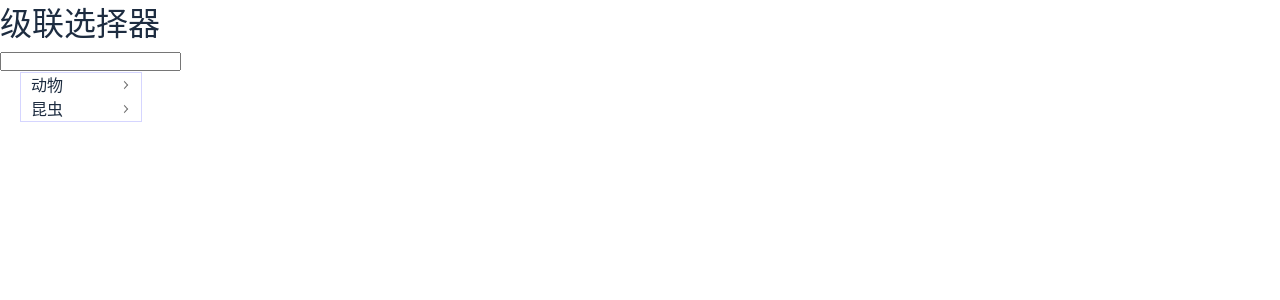
Repository: huming3272/Smile-UI
Page: /
An editor plug-in stored every save of this project. The page is shown before and after the next save, followed by the edit.
The browser window is 1280 px wide. The pictures show the whole page.
The project was rebuilt for these pictures with package versions that can differ from the ones it lists, and the page was loaded fresh each time. Also part of the build but not shown: src/lib/gulu.scss, src/lib/svg.js, src/components/Topnav.vue, src/views/Home.vue, src/lib/Breadcrumb.vue, src/views/Doc.vue, src/lib/Switch.vue, src/components/Switch/Switch1.demo.vue and 18 more. Imported but missing from the stored project, and not drawn on this page: src/lib/Tabs.vue, src/lib/openDialog.

Above is the page before, as saved 2022-06-05 18:19:35.

### index.html
<!DOCTYPE html>
<html lang="en">
<head>
  <meta charset="UTF-8">
  <link rel="icon" href="/favicon.ico" />
  <meta name="viewport" content="width=device-width, initial-scale=1.0">
  <title>Vite App</title>
  <!-- <script src="//at.alicdn.com/t/font_3242938_9kpz3740e2n.js"></script> -->
</head>
<body>
  <div id="app"></div>
  <script type="module" src="/src/main.ts"></script>
</body>
</html>

### src/main.ts
import "./lib/gulu.scss";
import "./lib/svg.js";
import "./index.scss";
import { createApp } from 'vue';
import App from './App.vue';
import router from './router/index';
import 'github-markdown-css'

const app = createApp(App)
app.use(router)
app.mount('#app')

### src/index.scss
* {
  margin: 0;
  padding: 0;
  box-sizing: border-box;
}
ul,
ol {
  list-style: none;
}
a {
  text-decoration: none;
  color: inherit;
  border-bottom: 1px solid transparent;
  &:hover {
    border-bottom: 1px solid;
    text-decoration: underline;
    cursor: pointer;
  }
}
h1,h2,h3,h4,h5,h6{
  font-weight: normal;
}
body{
  font-size: 16px;
  font-family: -apple-system, "Noto Sans",
  "Helvetica Neue",
  Helvetica, "Nimbus Sans L", Arial,
  "Liberation Sans",
  "PingFang SC",
  "Hiragino Sans GB",
  "Noto Sans CJK SC",
  "Source Han Sans SC",
  "Source Han Sans CN",
  "Microsoft YaHei",
  "Wenquanyi Micro Hei",
  "WenQuanYi Zen Hei",
  "ST Heiti",
  SimHei,
   "WenQuanYi Zen Hei Sharp",
  sans-serif;
  line-height: 1.5;
  color: #1d2c40;
}
.icon {
  width: 1em; height: 1em;
  vertical-align: -0.15em;
  fill: currentColor;
  overflow: hidden;
}

### src/App.vue
<template>
  <router-view class="window"/>
</template>

<script lang='ts'>
import {ref,provide} from 'vue'
import router from './router/index'
export default {
  name: 'App',

  setup(){
    const width = document.documentElement.clientWidth;
    //获取窗口宽度
    const menuVisible = ref(width <= 500 ? false : true);
    const toggleAside = ref(false)


    //检测窗口宽度
    //定义初值，类似vue2的data

    provide('menuVisible',menuVisible)//set
    //provide提供menuVisible给全局
    provide('toggleAside',toggleAside)
    // const currentPath = route.matched[route.matched.length-1].path
    // const breadcrumbList = currentPath.split('/')
  },


}
</script>
<style lang="scss">
  *{
    padding: 0;
    margin: 0;
    list-style: none;
  }
  .window{
    height: 100vh;
    overflow-y:scroll;
  }
</style>

### src/router/index.ts
import { createWebHashHistory, createRouter } from 'vue-router'
import Home from '../views/Home.vue'
import Doc from '../views/Doc.vue'
import Switch from '../components/Switch/SwitchDemo.vue'
import Button from '../components/Button/ButtonDemo.vue'
import Dialog from '../components/Dialog/DialogDemo.vue'
import Tabs from '../components/Tabs/TabsDemo.vue'
import DocDemo from '../components/DocDemo.vue'
import Breadcrumb from '../components/Breadcrumb/BreadcrumbDemo.vue'
import Cascader from '../lib/Cascader.vue'

import Intro from '../views/Intro.vue';
import GetStarted from '../views/GetStarted.vue'
import Install from '../views/Install.vue'
import Text from '../lib/text.vue'
import notFound from '../views/notFound.vue'

import { h } from 'vue';
import Markdown from '../components/Markdown.vue';
const md = (filename) => { return h(Markdown, { path: `../markdown/${filename}.md`, key: filename }) }
//  必须加上不同的key，不然切换组件后，渲染会失败
const history = createWebHashHistory()
// hash型路由
const router = createRouter(
    // 创建路由器
    {
        history: history,
        routes: [
            {
                path: '/',
                meta: {
                    title: '级联选择器'
                },
                 component: Cascader,
            },
            {
                path: '/',
                meta: {
                    title: '首页'
                },
                 component: Home,
            },
            {
                path: '/doc', component: Doc,
                meta: {
                            title: '文档'
                        },
                children: [
                    {
                        path: '', component: DocDemo,
                    },
                    {
                        path: 'switch', component: Switch,
                        meta: {
                            title: '开关'
                        }
                    },
                    {
                        path: 'button', component: Button,
                        meta: {
                            title: '按钮'
                        }
                    },
                    {
                        path: 'dialog', component: Dialog,
                        meta: {
                            title: '对话框'
                        }
                    },
                    {
                        path: 'tabs', component: Tabs,
                        meta: {
                            title: '选项卡'
                        }
                    },
                    {
                        path: 'breadcrumb', component: Breadcrumb,
                        meta: {
                            title: '面包屑'
                        }
                    },
                    {
                        path: "intro", component: md('intro'),
                        meta: {
                            title: '介绍'
                        }
                    },
                    {
                        path: "get-started", component: md('get-started'),
                        meta: {
                            title: '开始'
                        }
                    },
                    {
                        path: "install", component: md('install'),
                        meta: {
                            title: '安装'
                        }
                    },
                ]
            },
            {
                path: "/404",
                name: 'notFound',
                component: notFound
            },
            {
                path: '/:pathMatch(.*)',redirect: '/404',
                //  catchAll
                // 配置任意未知页面404未找到
                meta:{
                    title: '404'
                }
            }
        ]
    }
)


export default router

### src/lib/Cascader.vue
<template>
  <div class="cascader">
    <h1>级联选择器</h1>
    <input
      type="text"
      @focus="handleClick('focus')"
      @blur="handleClick('blur')"
      v-model="checkedValue"
    />
    <CascaderSelector
      class="CascaderSelector"
      v-model:source="util"
      @patch="onPatch"
      v-show="open"
      id="style"
    />
  </div>
</template>
<script lang="ts">
import CascaderSelector from "./CascaderSelector.vue";
import { ref } from "vue";
export default {
  name: "Cascader",
  components: {
    CascaderSelector,
  },
  setup() {
    let checkedValue = ref<string>("");
    let open = ref<boolean>(true);
    const data = [
      {
        label: "a",
        name: "动物",

        children: [
          {
            label: "a_1",
            name: "狮子",
          },
          {
            label: "a_2",
            name: "老虎",
          },
          {
            label: "a_3",
            name: "猫咪",

            children: [
              {
                label: "a_3_1",
                name: "俄罗斯蓝猫",
              },
              {
                label: "a_3_2",
                name: "暹罗猫",
              },
              {
                label: "a_3_3",
                name: "田园猫",
              },
            ],
          },
        ],
      },
      {
        label: "b",
        name: "昆虫",

        children: [
          {
            label: "b_1",
            name: "蚂蚁",
          },
          {
            label: "b_2",
            name: "蟑螂",

            children: [
              {
                label: "b_2_1",
                name: "白蟑螂",
              },
              {
                label: "b_2_2",
                name: "黑蟑螂",
              },
              {
                label: "b_2_3",
                name: "红蟑螂",
              },
            ],
          },
          {
            label: "b_3",
            name: "甲虫",
          },
        ],
      },
    ];
    const handleClick = (event) => {
      if (event === "focus") {
        open.value = true;
        // checkedValue.value = "";
      }
    };
    const onPatch = (val) => {
      let string = val.join("/");
      checkedValue.value = string;
      window.alert(`你选择了${string}`)
      open.value = false;
    };
    const util = ref(data);
    return {
      util,
      checkedValue,
      open,
      onPatch,
      handleClick,
    };
  },
};
</script>
<style lang="scss" scoped>
  .cascader{
    // width: 200px;
    // overflow:scroll;
  }
  .CascaderSelector{
    margin-left: 20px;
    border-left: 1px solid rgb(213, 213, 255);
  }
</style>

### src/lib/CascaderSelector.vue
<template>
  <div class="cascaderSelector">
    <div class="item">
        <li v-for="item,index in source" @click="choose(index, $event)" :key="item.label"
          :class="[index==actId? 'active':'']"
        >
          <span>
            {{item.name}}
          </span>
          <img v-show="item?.children?.length > 0" class="rightArrow" src="../assets/arrow-down.png" alt="">
        </li>
    </div>
      <div class="selector" v-if="actId>-1 && source[actId].children">
        <IniCascader  v-model:source="source[actId].children" :activeId="actId" @patch="onPatch" :selected="selected">
        </IniCascader>
      </div>
  </div>
</template>
<script lang="ts">
import {defineAsyncComponent, ref, reactive} from 'vue'

export default {
  // 参考https://wenku.baidu.com/view/179a1af130d4b14e852458fb770bf78a65293a67.html
  // https://dandelioncloud.cn/article/details/1488173854068690945
  // https://dandelioncloud.cn/article/details/1426183821665615874
  name: "CascaderSelector",
  components:{
    IniCascader: defineAsyncComponent(() => import('./CascaderSelector.vue'))
  },
  props: {
      source: {
          type: Array,
      },
      activeId: {
          type: Number,
      },
      selected: {
         type: Array,
         default: ()=>{
           return []
         }
      }
  },
  setup(props, content) {
    // console.log(props.activeId, '传递子索引')
    let iniIndex = ref<number>()
    let actId = ref<number>()
    let copyItem = ref([])
    let selected = ref([])
    let once = ref<boolean>(true)
    const choose = (index, event) => {
        actId.value = index
        // console.log(props.source[actId.value].children, 'choose')
        // console.log(props.source[actId].children)
        // copyItem.value = copyItem.value.concat(props.itemGroud)
        selected.value = [props.source[actId.value].name]
        if (!props.source[actId.value].children) {
          // console.log('name', props.source[actId.value])
          // console.log(copyItem, '数组')
          // content.emit("patch", props.source[actId.value].name)
          content.emit("patch", selected.value )
        }
        // console.dir(event)
    }
    const onPatch = (val) => {
      // if (props.source[props.activeId]?.name) {
        // let checkedVal = props?.source?.[props.activeId]?.name + '/' + val;
        let checkedVal = []
        checkedVal = selected.value.concat(val)
        // copyItem.value.push(props.source[actId.value].name)
        // console.log(props.activeId, 'id', event)
      // content.emit('patch', checkedVal)
      // console.log(1)
        content.emit('patch', checkedVal)
      // console.log(2)
      // console.log(props.activeId, 'patch')
      //点击之后下一个组件显示，activeId初始化-1
      // }
    }
    return{
      choose, onPatch, actId, copyItem, selected
    }
  },
};
</script>
<style lang="scss" scoped>
.cascaderSelector{
  display: flex;
.item{
  padding:0 10px;
  border-right: 1px solid rgb(213, 213, 255);
  border-top: 1px solid rgb(213, 213, 255);
  border-bottom: 1px solid rgb(213, 213, 255);
}
.rightBorder{
  border-right: 1px solid rgb(213, 213, 255);
}
  li{
    display: flex;
    align-items: center;
    justify-content: space-between;
    min-width: 100px;
    .rightArrow{
      transform: rotate(-90deg);
      width: 10px;
    }
  }
}
div {
  // margin-left: 10px;
}
.active{
  background: rgb(182, 182, 182);
}
.selector{

}
</style>

After the next save:
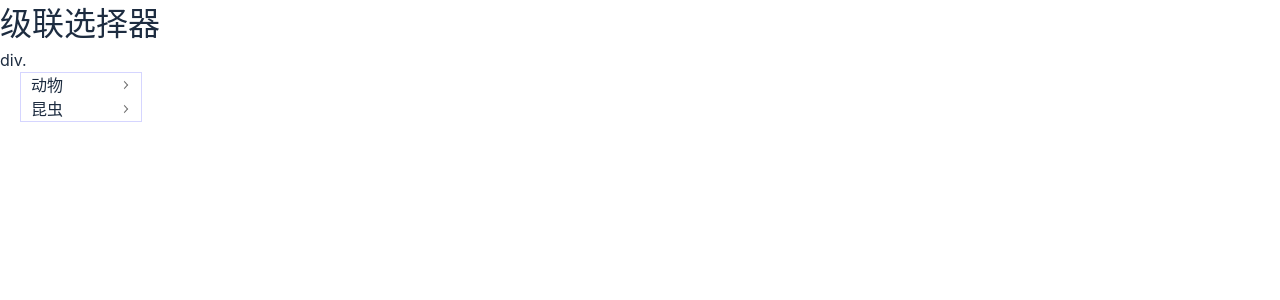
Saved 100 s later.
--- a/src/lib/Cascader.vue
+++ b/src/lib/Cascader.vue
@@ -1,12 +1,7 @@
 <template>
   <div class="cascader">
     <h1>级联选择器</h1>
-    <input
-      type="text"
-      @focus="handleClick('focus')"
-      @blur="handleClick('blur')"
-      v-model="checkedValue"
-    />
+    div.
     <CascaderSelector
       class="CascaderSelector"
       v-model:source="util"

After the save that followed:
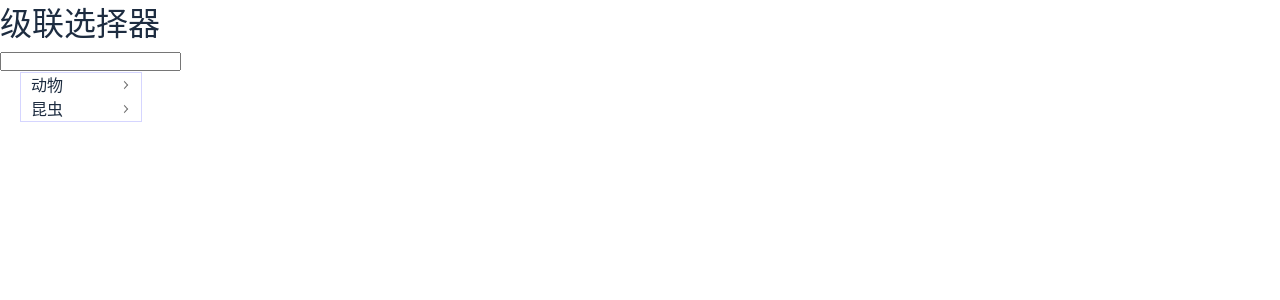
Saved 6 s later.
--- a/src/lib/Cascader.vue
+++ b/src/lib/Cascader.vue
@@ -1,7 +1,14 @@
 <template>
   <div class="cascader">
     <h1>级联选择器</h1>
-    div.
+    <div class="inputWrapp">
+      <input
+      type="text"
+      @focus="handleClick('focus')"
+      @blur="handleClick('blur')"
+      v-model="checkedValue"
+    />
+    </div>
     <CascaderSelector
       class="CascaderSelector"
       v-model:source="util"
